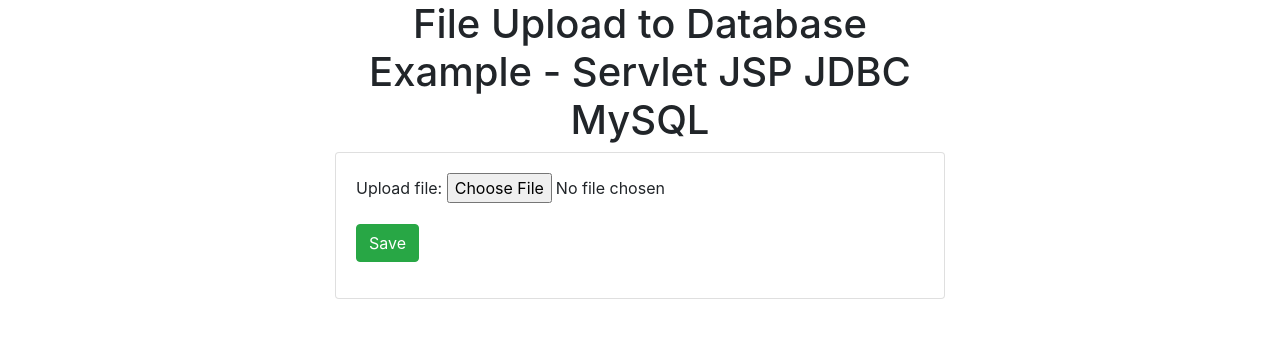
Repository: aishwaryan14/JavaProject
Page: http://localhost/StudentBuddy/
An editor plug-in stored every save of this project. The page is shown before and after the next save, followed by the edit.
The browser window is 1280 px wide. The pictures show the whole page.
The page is served by Tomcat 9.

Above is the page before, as saved 2020-04-24 10:11:07.

After the next save:
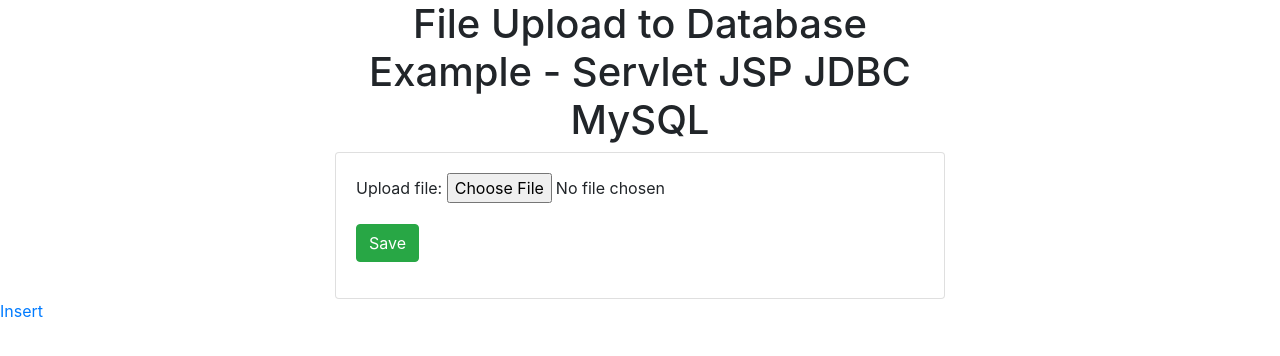
Saved 8 min 0 s later.
--- a/servlet/StudentBuddy/WebContent/index.jsp
+++ b/servlet/StudentBuddy/WebContent/index.jsp
@@ -29,5 +29,7 @@
    </div>
   </div>
  </div>
+
+ <a href="FileDownload">Insert</a>
 </body>
 </html>
